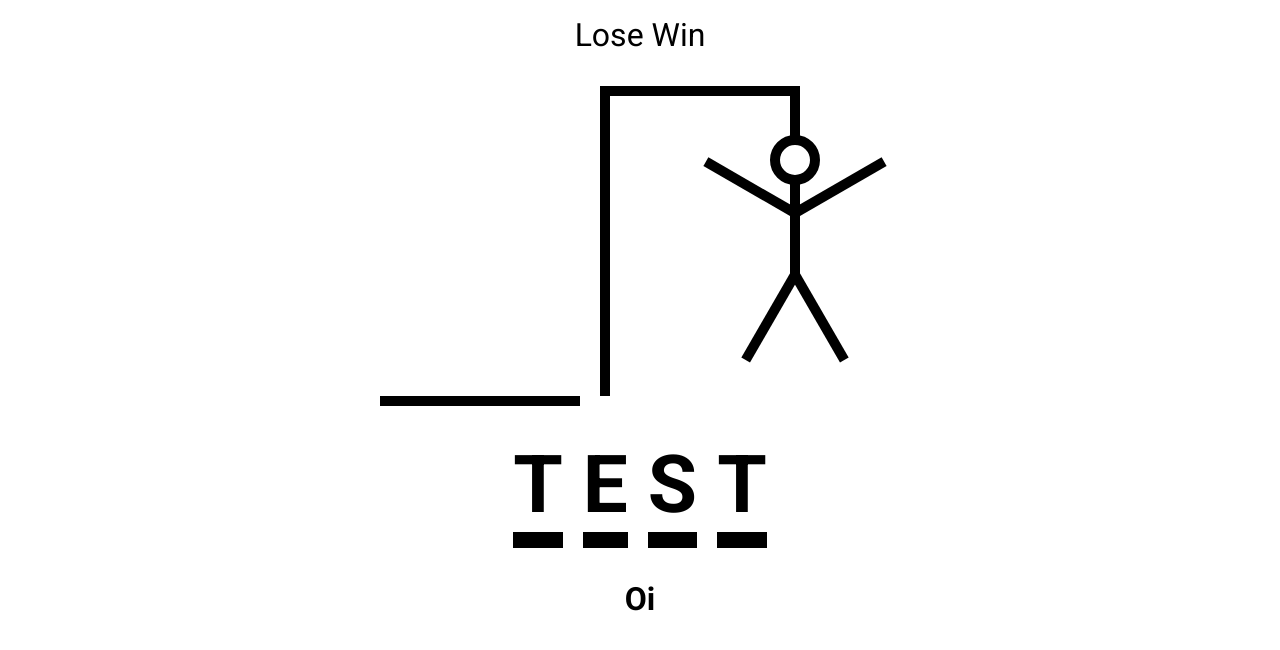
Repository: guilhermecardoso93/jogodaforca
Page: /
An editor plug-in stored every save of this project. The page is shown before and after the next save, followed by the edit.
The browser window is 1280 px wide. The pictures show the whole page.
The project was rebuilt for these pictures with package versions that can differ from the ones it lists, and the page was loaded fresh each time. Also part of the build but not shown: vite.config.ts.

Above is the page before, as saved 2022-12-06 21:16:40.

After the next save:
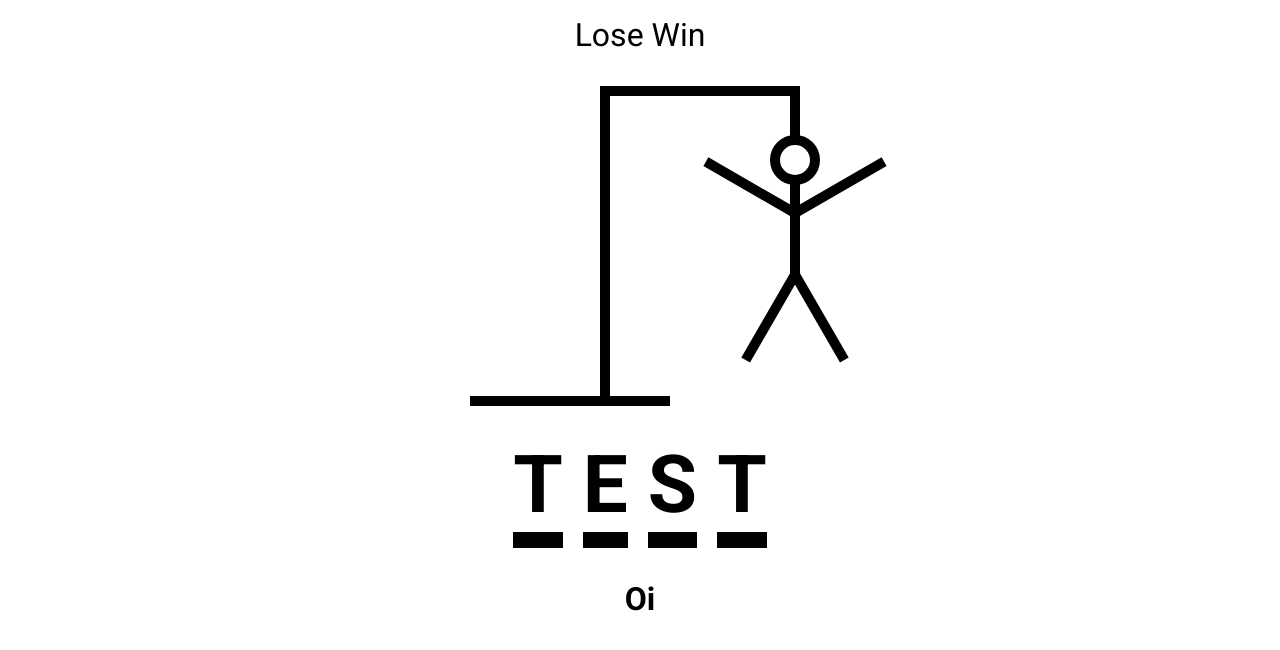
Saved 5 s later.
--- a/src/components/HangmanDrawing.tsx
+++ b/src/components/HangmanDrawing.tsx
@@ -121,7 +121,7 @@ export function HangmanDrawing() {
           marginLeft: "120px",
         }}
       />
-      <div style={{ height: "10px", width: "200px", marginLeft: '-100px', background: "black" }} />
+      <div style={{ height: "10px", width: "200px", marginLeft: '-10px', background: "black" }} />
     </div>
   );
 }
